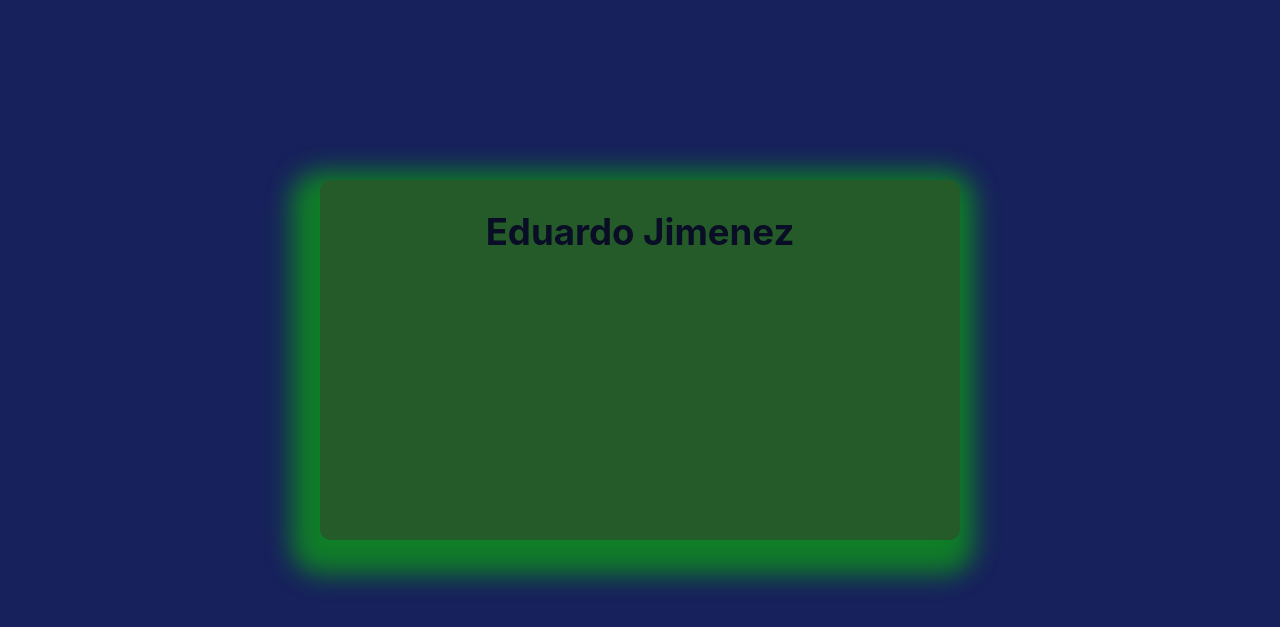
Repository: l8nightswithJS/react-my-portfolio
Page: /
These files come from the project's save history. The page is drawn as it stood at one moment and after the next save; the edit follows.
The browser window is 1280 px wide. The pictures show the whole page.
The project was rebuilt for these pictures with package versions that can differ from the ones it lists, and the page was loaded fresh each time.

Above is the page before, as saved 2021-04-23 00:03:44.

### src/App.js
import './App.css';


function App() {
  return (
    <div className="App">
      <header className="App-header">
        <section>
          <h1>Eduardo Jimenez</h1>
        </section>
      </header>
    </div>
  );
}

export default App;

### src/App.css
.App {
  height: 100vh;
  width: 100%;
  text-align: center;
  background-color: rgb(23, 33, 92);
}

section {
  position: fixed;
  top: 0;
  bottom: 0;
  left: 0;
  right: 0;
  background-color: rgb(46, 131, 7);
  height: 50vh;
  width: 50vw;
  margin: auto;
  font-size: calc(10px + 2vmin);
  color: white;
  box-shadow: -1vh 1vw 2vw 3vh rgb(12, 187, 6);
  opacity: .6;
  border-radius: 1.5vh;
}

h1 {
  color: black;
}

Loaded but not shown: public/index.html (common file); src/index.js (common file); src/index.css (common file); src/reportWebVitals.js (common file)

After the next save:
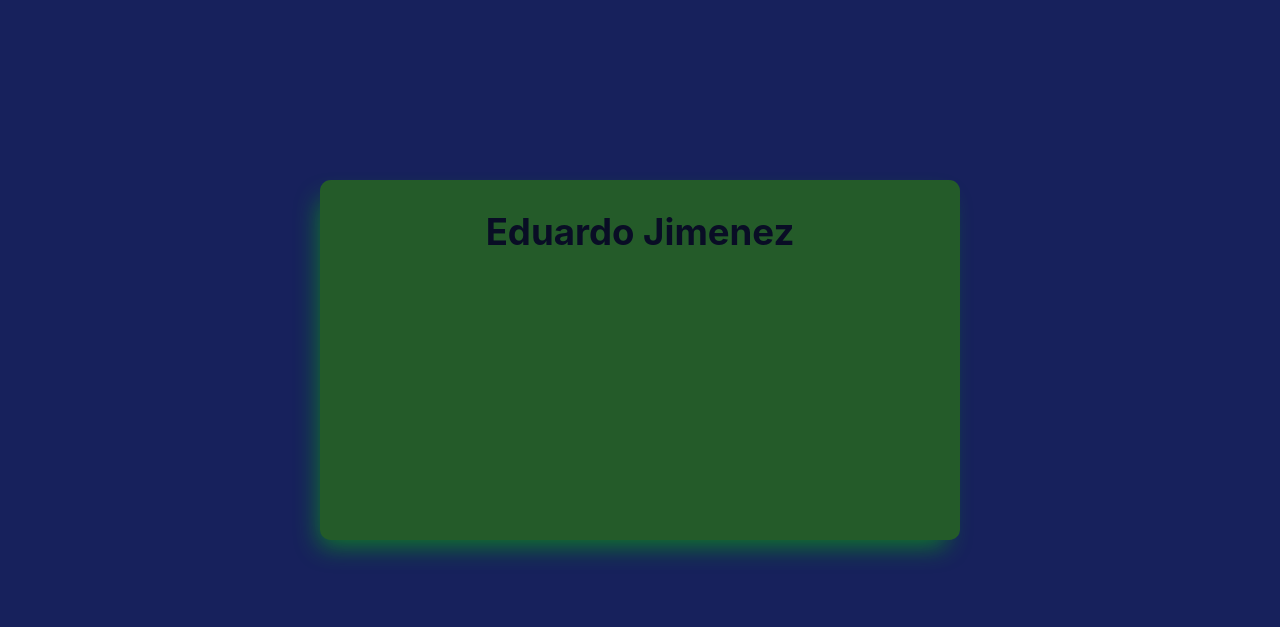
Saved 9 s later.
--- a/src/App.css
+++ b/src/App.css
@@ -17,7 +17,7 @@ section {
   margin: auto;
   font-size: calc(10px + 2vmin);
   color: white;
-  box-shadow: -1vh 1vw 2vw 3vh rgb(12, 187, 6);
+  box-shadow: -1vh 1vw 2vw -1vh rgb(12, 187, 6);
   opacity: .6;
   border-radius: 1.5vh;
 }
